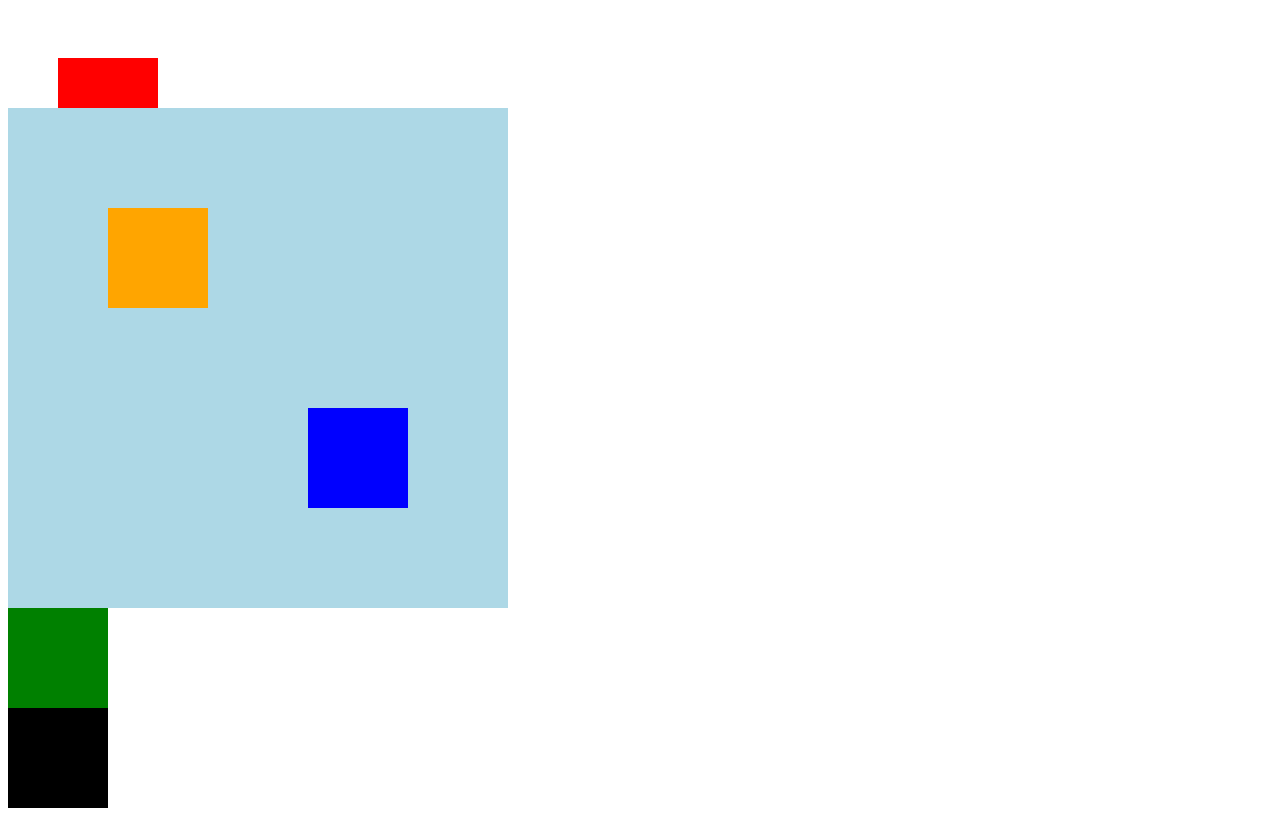
Repository: andiausrust/css-traversy
Page: positioning/index.html
An editor plug-in stored every save of this project. The page is shown before and after the next save, followed by the edit.
The browser window is 1280 px wide. The pictures show the whole page.

Above is the page before, as saved 2020-08-21 08:02:39.

After the next save:
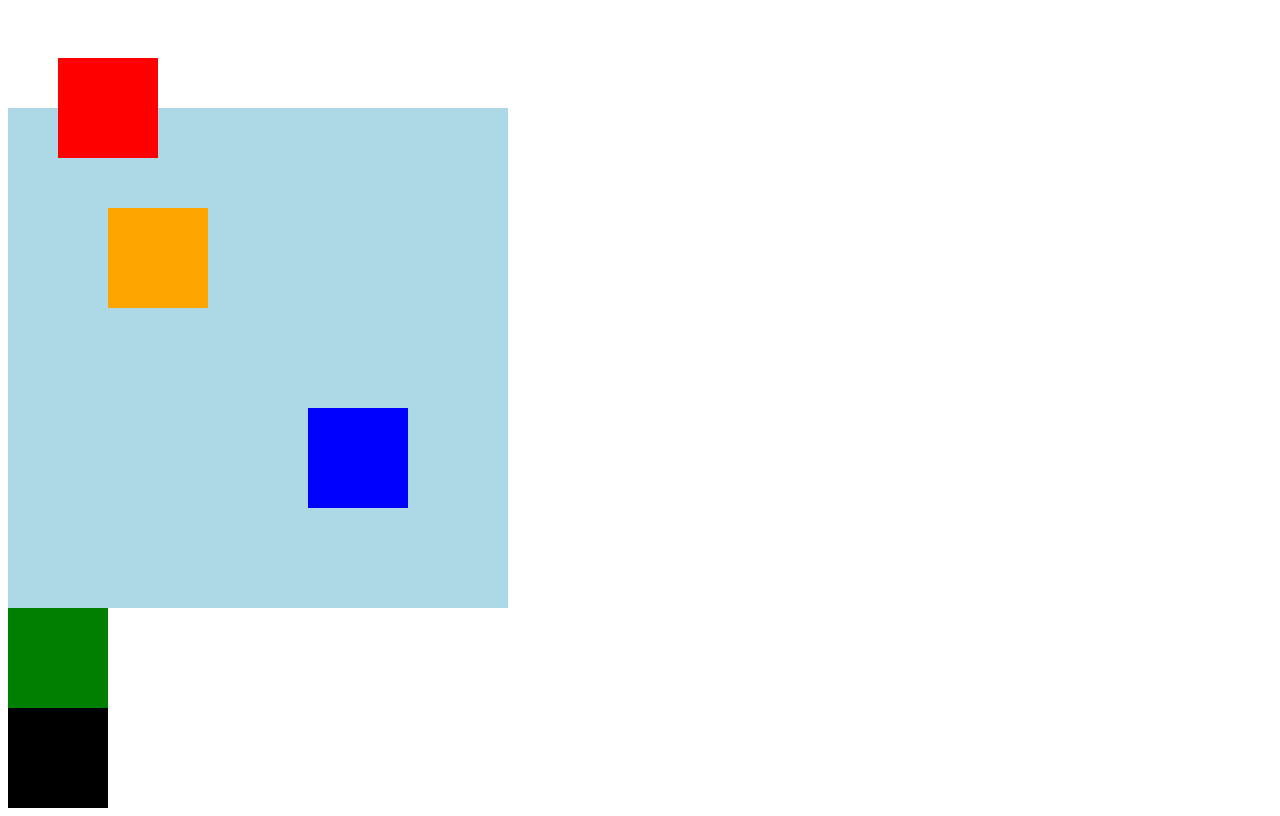
Saved 23 s later.
--- a/positioning/css/style.css
+++ b/positioning/css/style.css
@@ -5,6 +5,7 @@
 
 #box-1 {
     position: relative;
+    z-index: 1;
     top: 50px;
     left: 50px;
     background: red;
